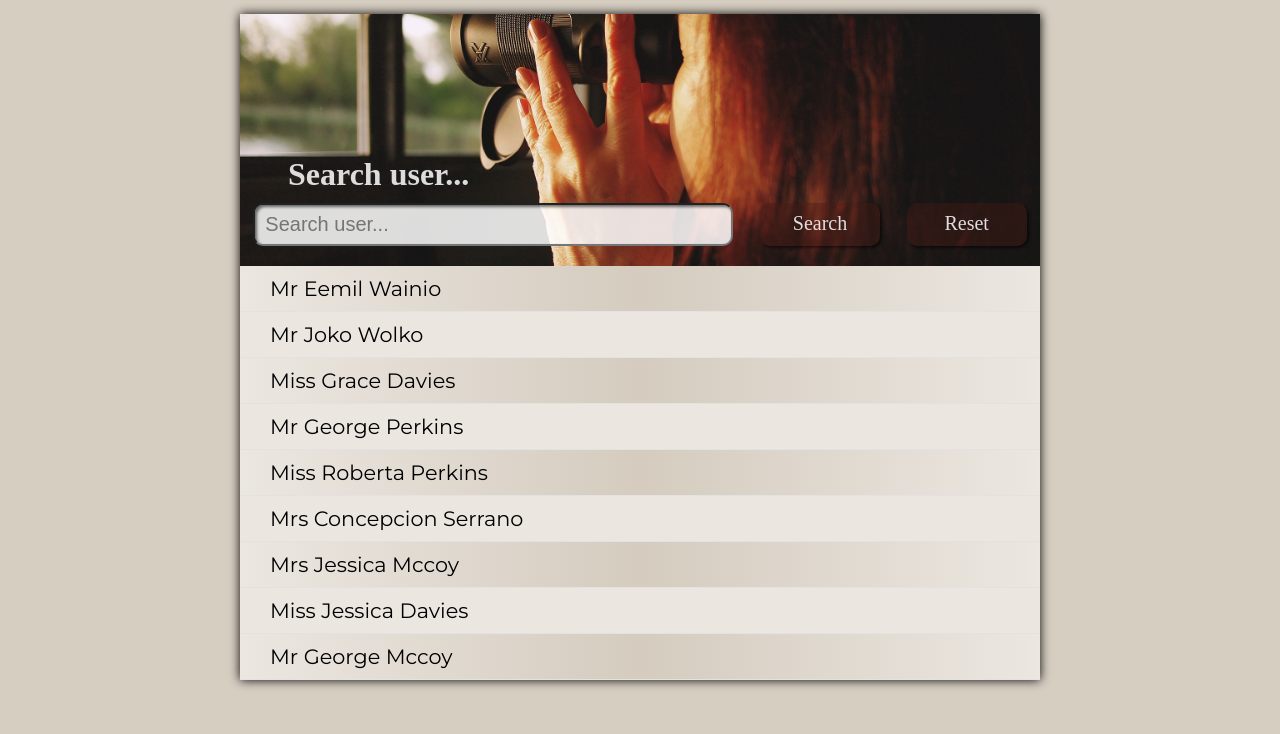
Repository: KrzysKolo/sr_tydzien5_zad4
Page: /
An editor plug-in stored every save of this project. The page is shown before and after the next save, followed by the edit.
The browser window is 1280 px wide. The pictures show the whole page.
Some web fonts or font styles are not loaded; a fallback is used. The project was rebuilt for these pictures with package versions that can differ from the ones it lists, and the page was loaded fresh each time. Also part of the build but not shown: src/components/userContainerComponents/Error.js.

Above is the page before, as saved 2021-01-07 04:02:46.

After the next save:
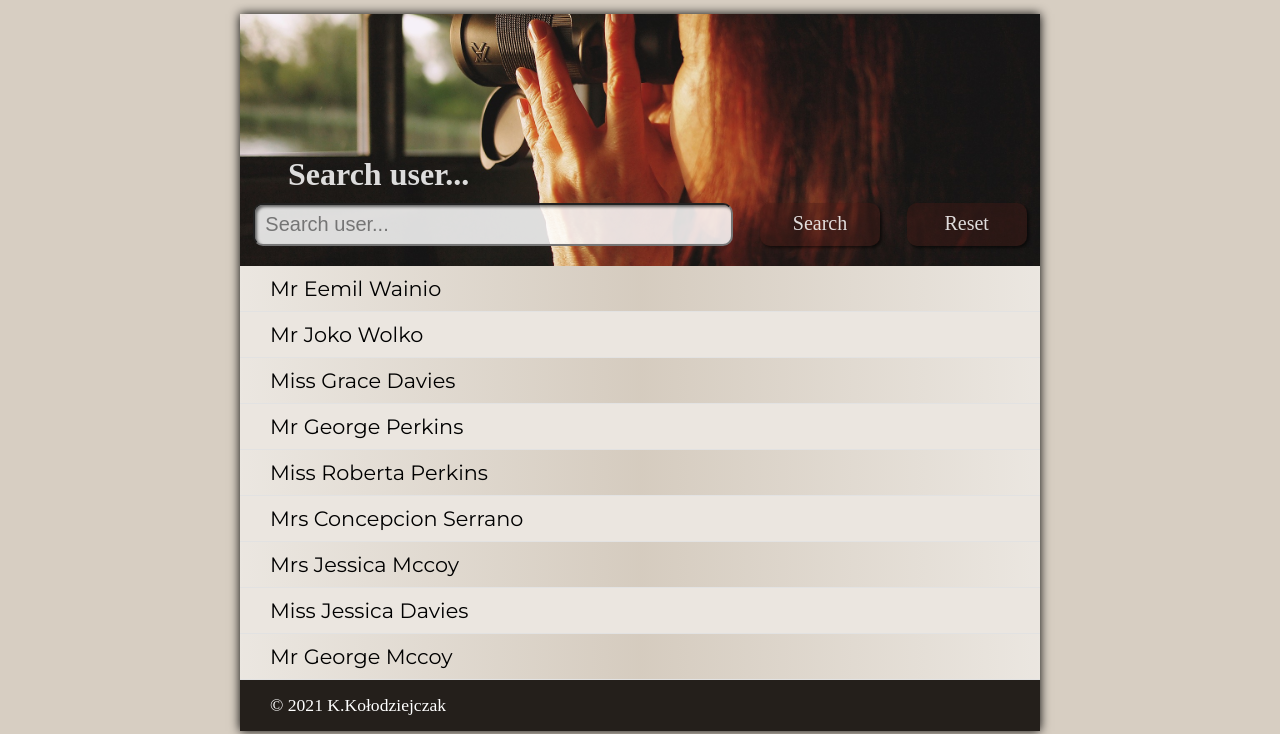
Saved 62 s later.
--- a/src/components/UsersContainer.js
+++ b/src/components/UsersContainer.js
@@ -1,8 +1,7 @@
 import React, { useContext, useState } from 'react';
 import { UserContext } from './../contexts/UserContext';
 import UserList from './userComponents/UserList';
-import Header from './userContainerComponents/Header';
-import Error from './userContainerComponents/Error';
+import { Header, Error, Footer } from './userContainerComponents/';
 
 const UsersContainer = () => {
   const { isErr } = useContext(UserContext);
@@ -11,6 +10,7 @@ const UsersContainer = () => {
       <Header />
       <UserList />
       { isErr && <Error props={isErr}/>}
+      <Footer />
 
     </section>
   /*   <section>
